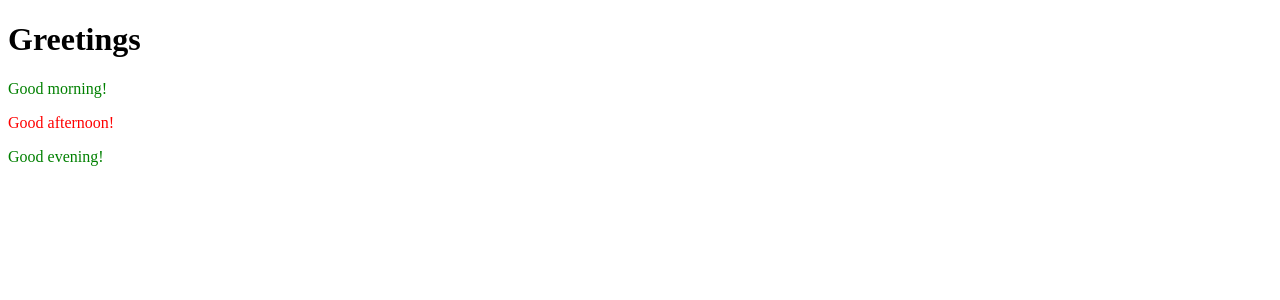
Repository: ayame-murayama/Monolist
Page: kadai-html.html
The author's editor kept a record of every edit. The page is drawn from the files as they stood at one moment, then again after the next edit.
The browser window is 1280 px wide. The pictures show the whole page.

Above is the page before.

After the next edit:
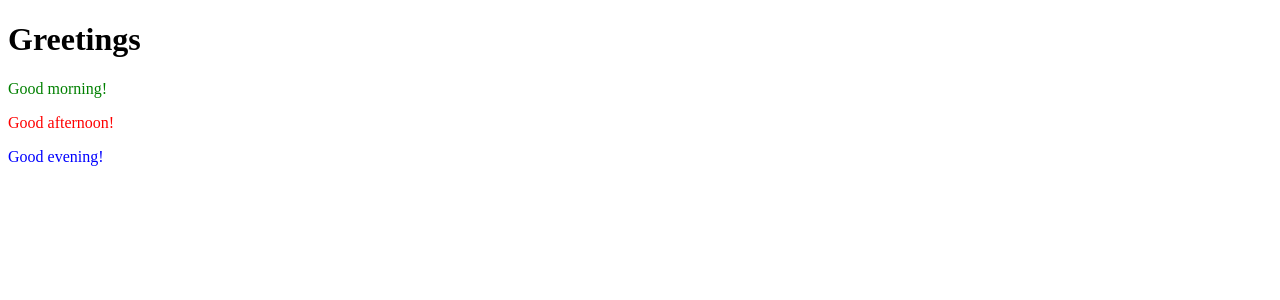
The edit:
--- a/kadai-html.html
+++ b/kadai-html.html
@@ -19,7 +19,7 @@
     Good afternoon!
     </p>
     </span>
-    <span class="morning">
+    <span class="evening">
     <p>
     Good evening!
     </p>
